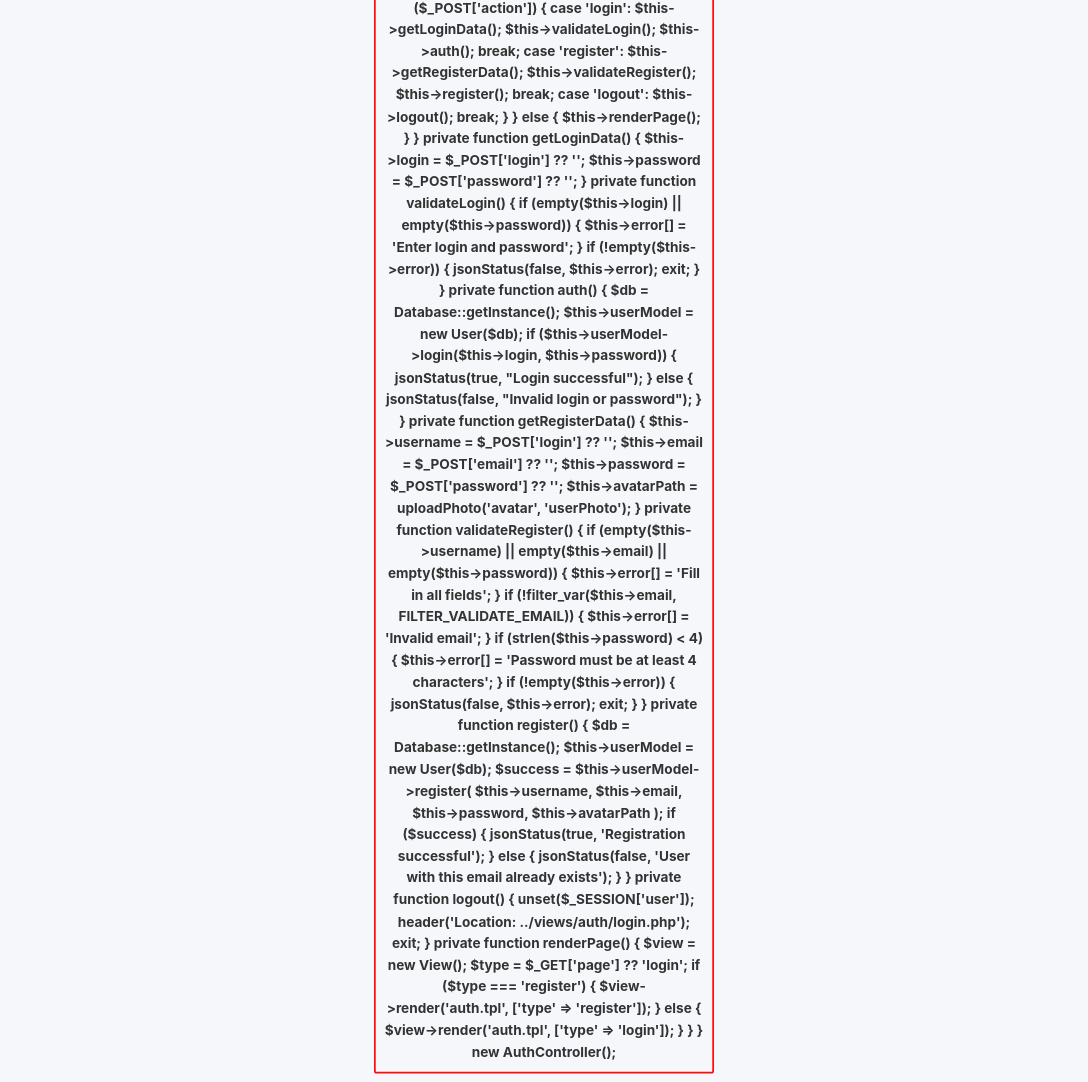
Repository: ArturSahakyan124/catalog_2
Page: http://localhost/views/auth/login.php
These files come from the project's save history. The page is drawn as it stood at one moment and after the next save; the edit follows.
The browser window is 1280 px wide. The pictures show the whole page, at 85% of full size.
Empty fields were first filled with sample values (such as "Sample", 5 or name@example.com).
After loading, the first visible `button.login-btn` was clicked once.
The page is run by PHP 8.4 with error messages shown; the project is at /var/www/html/.

Above is the page before, as saved 2025-11-13 21:19:37.

After the next save:
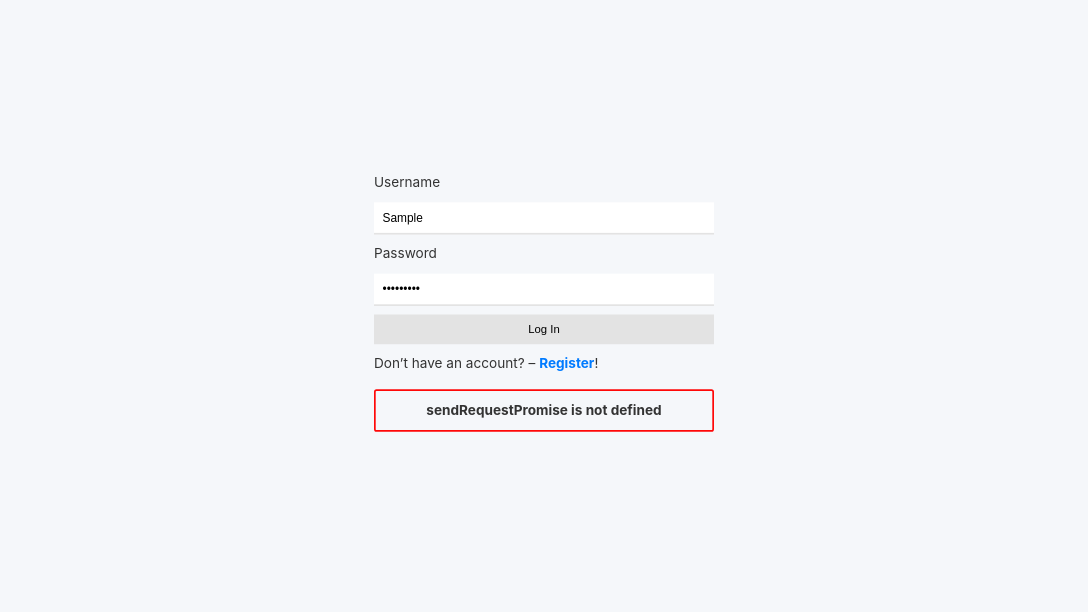
Saved 4 s later.
--- a/assets/js/main.js
+++ b/assets/js/main.js
@@ -1,31 +1,3 @@
-function sendRequestPromise(url, method, data) {
-    return new Promise((resolve, reject) => {
-        const isFormData = data instanceof FormData;
-
-        $.ajax({
-            url,
-            type: method,
-            data,
-            dataType: 'json',
-            processData: !isFormData,
-            contentType: !isFormData ? 'application/x-www-form-urlencoded; charset=UTF-8' : false,
-            cache: false,
-            success: function (response) {
-                console.log("AJAX response:", response);
-
-                if (response.success) {
-                    resolve(response);
-                } else {
-                    reject(new Error(response.message || 'Unknown error'));
-                }
-            },
-            error: function (xhr) {
-                console.error("AJAX failed:", xhr);
-                reject(new Error(xhr.responseText || 'Request failed'));
-            }
-        });
-    });
-}
 
 // LOGIN
 function login() {
